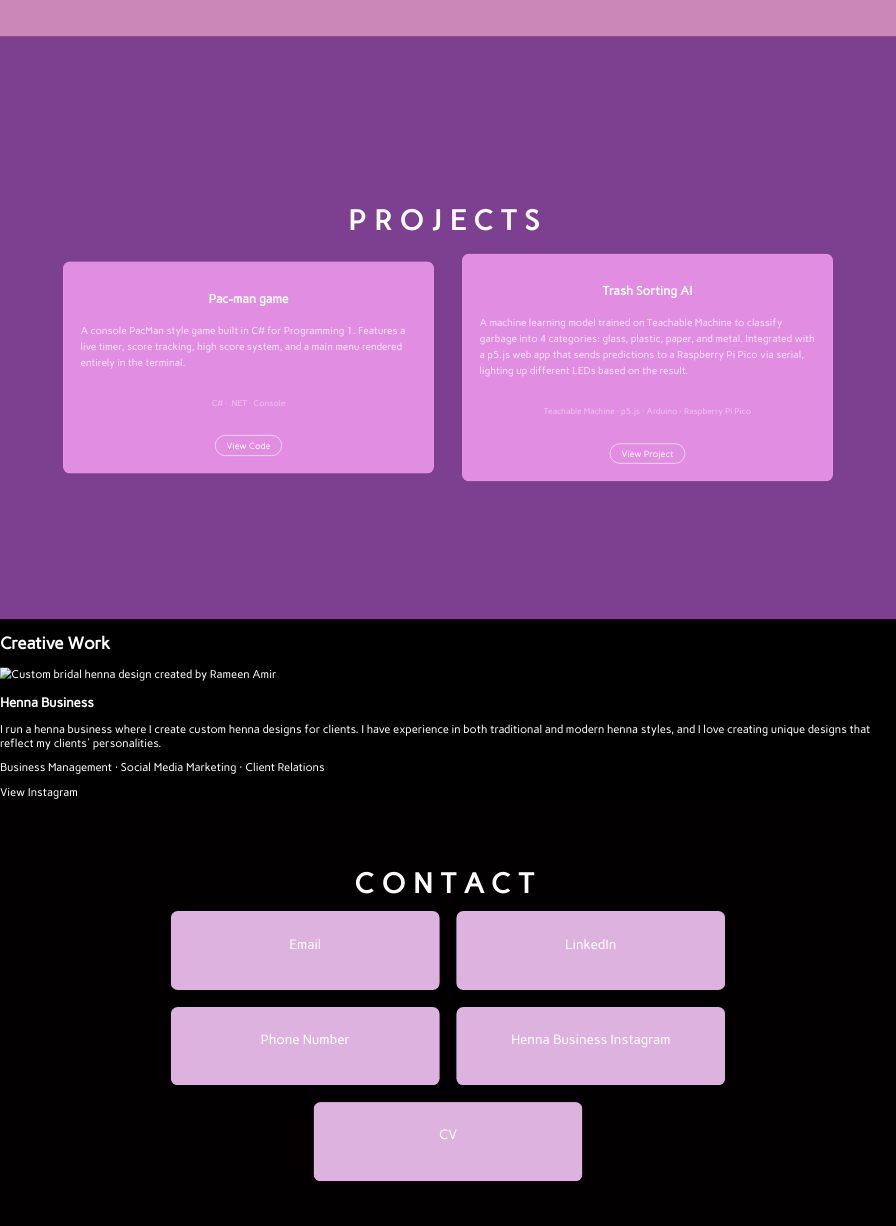
Repository: Rameen-A/Rameen-A
Page: index.html
The author's editor kept a copy of each file at every save. The page is drawn from the files as they stood at one save, then again after the next save.
The browser window is 1280 px wide. The pictures show the part of the page from y = 1438 to 3358 px (the page is 3190 px tall before and 3358 px after), at 70% of full size.

Above is the page before, as saved 2026-05-09 22:24:24.
Not found: assets/images/henna.jpg

After the next save:
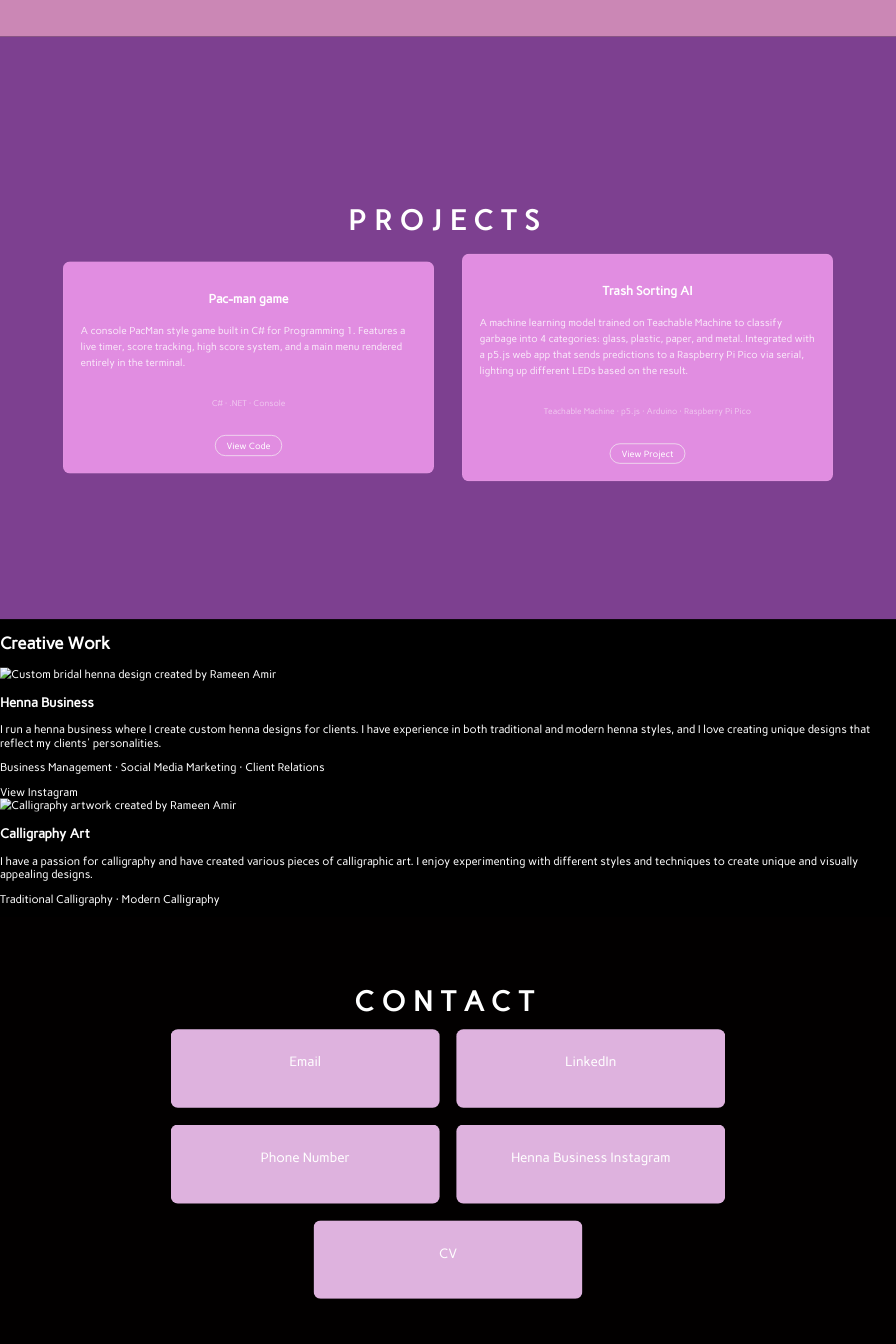
Not found: assets/images/rameen calligraphy.jpg
Saved 109 s later.
--- a/index.html
+++ b/index.html
@@ -114,6 +114,22 @@
             >
           </article>
         </div>
+        <article class = "creative-card">
+          <img
+            src="./assets/images/rameen calligraphy.jpg"
+            alt="Calligraphy artwork created by Rameen Amir"
+          />
+          <div class="creative-content">
+            <h3>Calligraphy Art</h3>
+            <p>
+              I have a passion for calligraphy and have created various pieces
+              of calligraphic art. I enjoy experimenting with different styles
+              and techniques to create unique and visually appealing designs.
+            </p>
+            <p class="creative-tech">Traditional Calligraphy · Modern Calligraphy</p>
+          </div>
+        </article>
+
       </section>
 
       <!-- CONTACT Section -->
